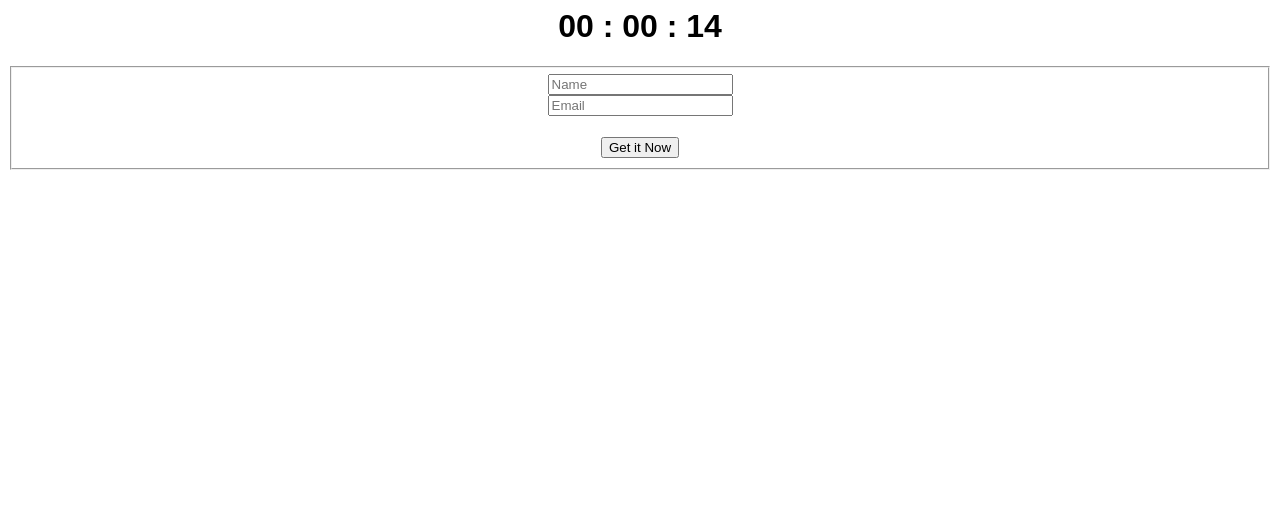
Repository: 43320888/upwork
Page: popup/index.html
The author's editor kept a copy of each file at every save. The page is drawn from the files as they stood at one save, then again after the next save.
The browser window is 1280 px wide. The pictures show the whole page.

Above is the page before, as saved 2019-01-24 15:38:48.

After the next save:
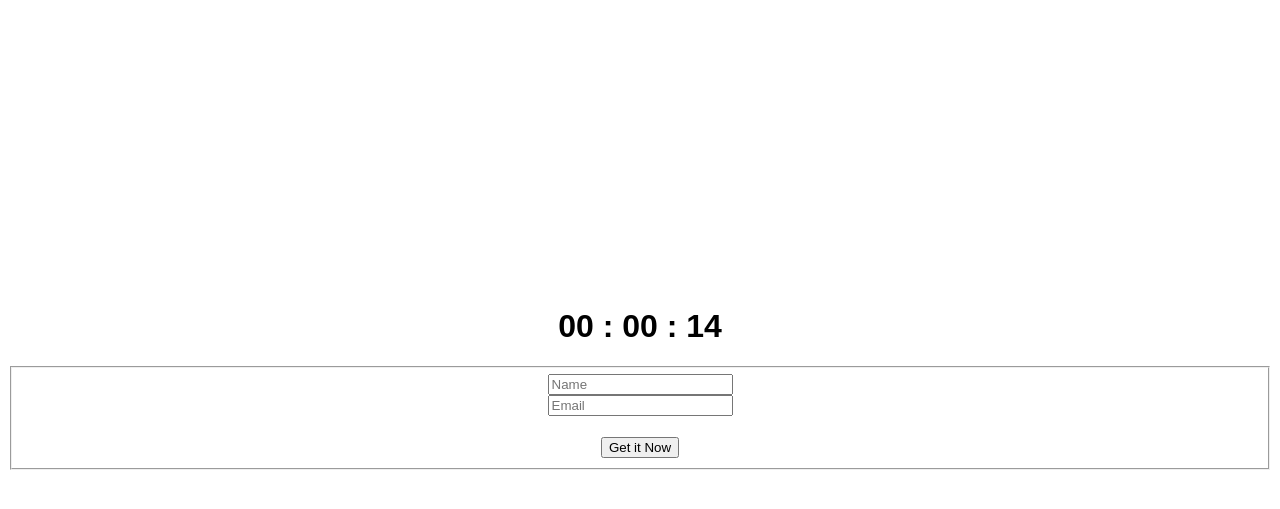
Saved 55 s later.
--- a/popup/index.html
+++ b/popup/index.html
@@ -35,6 +35,6 @@
 	</div>
 	<script>
 		const page = document.querySelector('div');
-		page.style.marginTop = `${(window.innerHeight - page.innerHeight) / 2}px`;
+		page.style.marginTop = `${(window.innerHeight - page.clientHeight) / 2}px`;
 	</script>
 </body>
